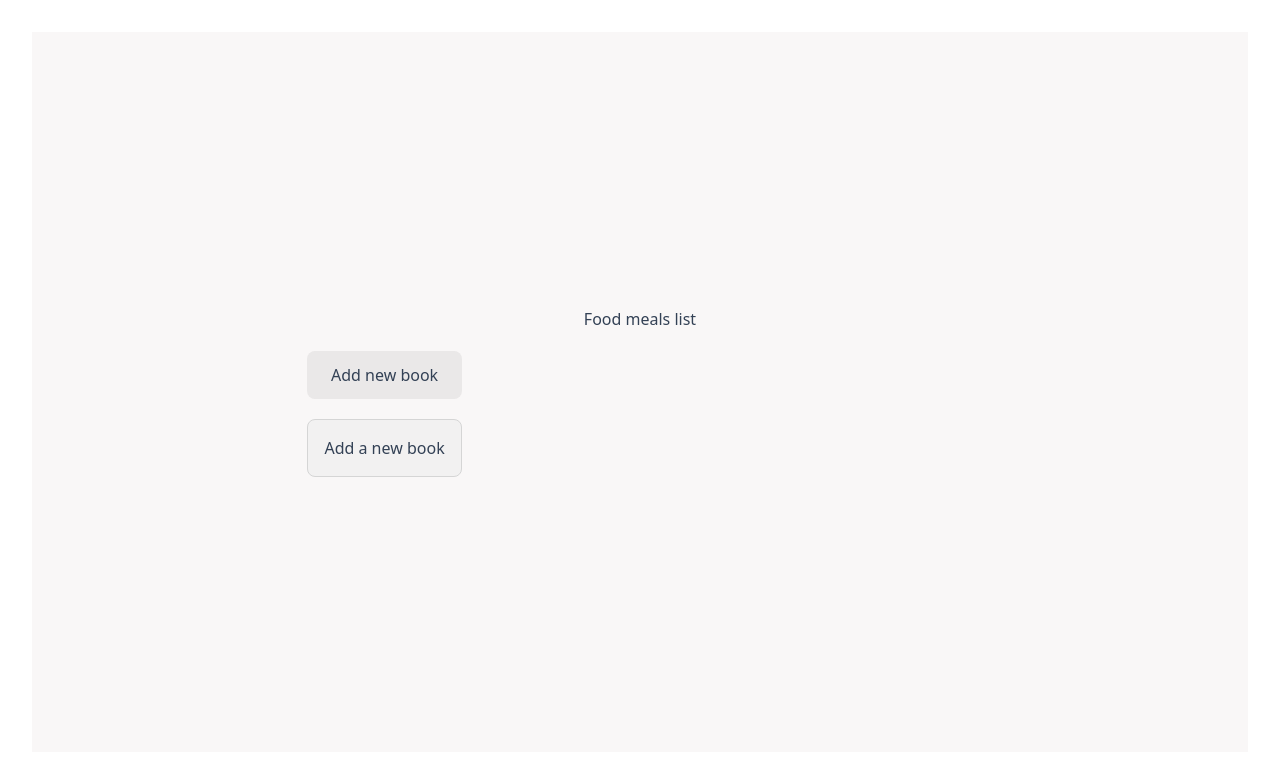
Repository: Vasil1001/fullstack-nutrition-tracker
Page: / (app in frontend/)
An editor plug-in stored every save of this project. The page is shown before and after a run of saves, followed by the edit.
The browser window is 1280 px wide. The pictures show the whole page.
The page's requests for data from a server got no answer. The project was rebuilt for these pictures with package versions that can differ from the ones it lists, and the page was loaded fresh each time. No one was signed in, and anything a server would have sent is missing. Also part of the build but not shown: frontend/vite.config.js, frontend/src/pages/Add.jsx, frontend/src/pages/Update.jsx.

Above is the page before, as saved 2023-05-21 19:08:12.

After the next 4 saves:
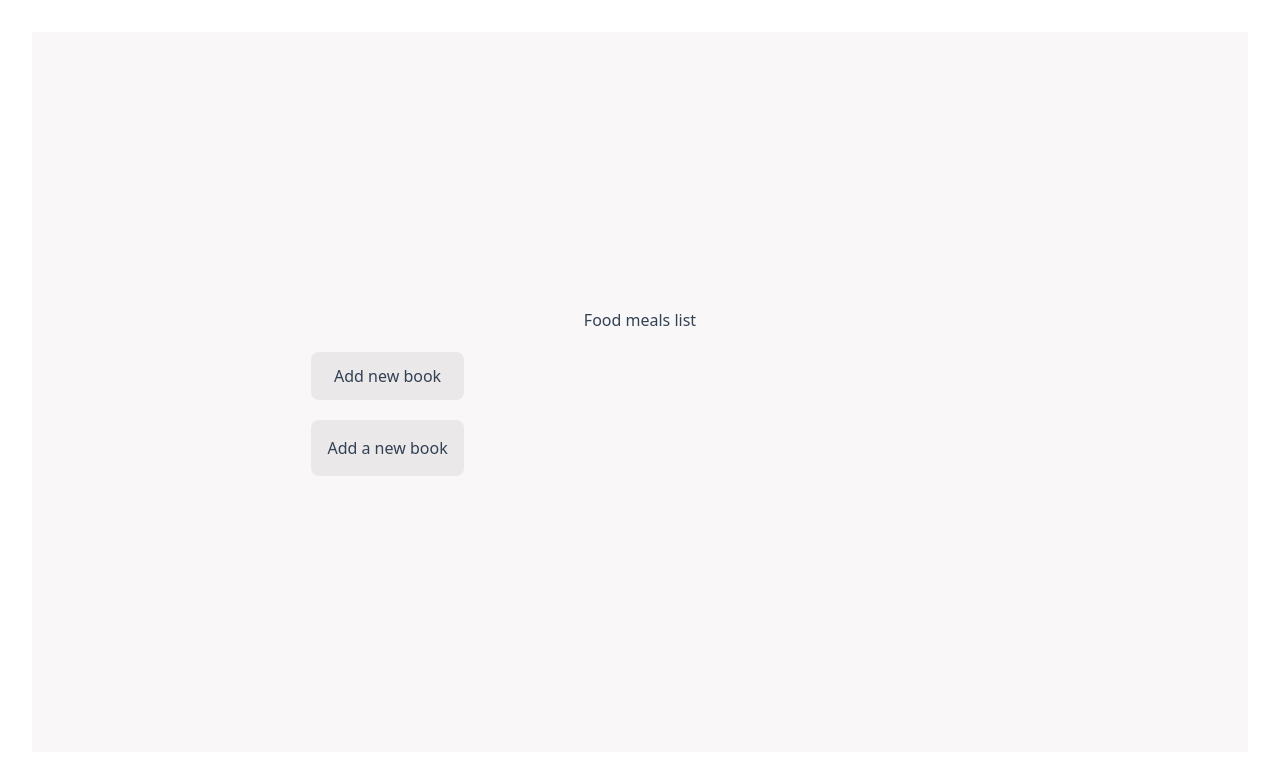
The 4 saves are shown as one change because they came seconds apart.
The last was saved 16 s later.
--- a/frontend/src/pages/Books.jsx
+++ b/frontend/src/pages/Books.jsx
@@ -35,7 +35,7 @@
       </div>
 
       <div className="mx-auto mt-5 grid grid-cols-4 items-center justify-center gap-4">
-    <button className="min-h-full rounded-lg border border-[#d5d5d5] bg-[#f2f1f1] p-4 hover:bg-[#e8e8e8]">
+        <button className="min-h-full rounded-lg bg-[#eae8e8] p-4 hover:bg-[#d5d5d5]">
           <Link to="/add">Add a new book</Link>
         </button>
         {books.map((book) => (

After the save that followed:
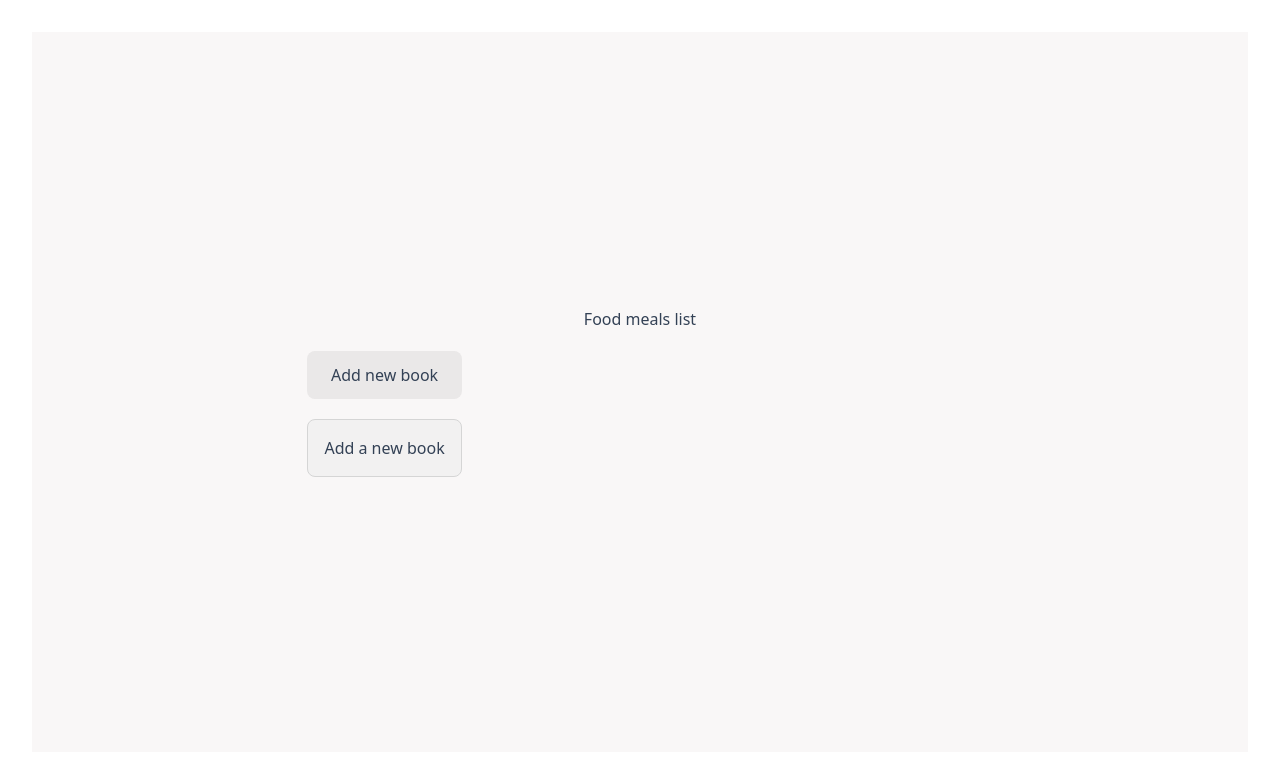
Saved 6 s later.
--- a/frontend/src/pages/Books.jsx
+++ b/frontend/src/pages/Books.jsx
@@ -35,7 +35,7 @@
       </div>
 
       <div className="mx-auto mt-5 grid grid-cols-4 items-center justify-center gap-4">
-        <button className="min-h-full rounded-lg bg-[#eae8e8] p-4 hover:bg-[#d5d5d5]">
+    <button className="min-h-full rounded-lg border border-[#d5d5d5] bg-[#f2f1f1] p-4 hover:bg-[#e8e8e8]">
           <Link to="/add">Add a new book</Link>
         </button>
         {books.map((book) => (
